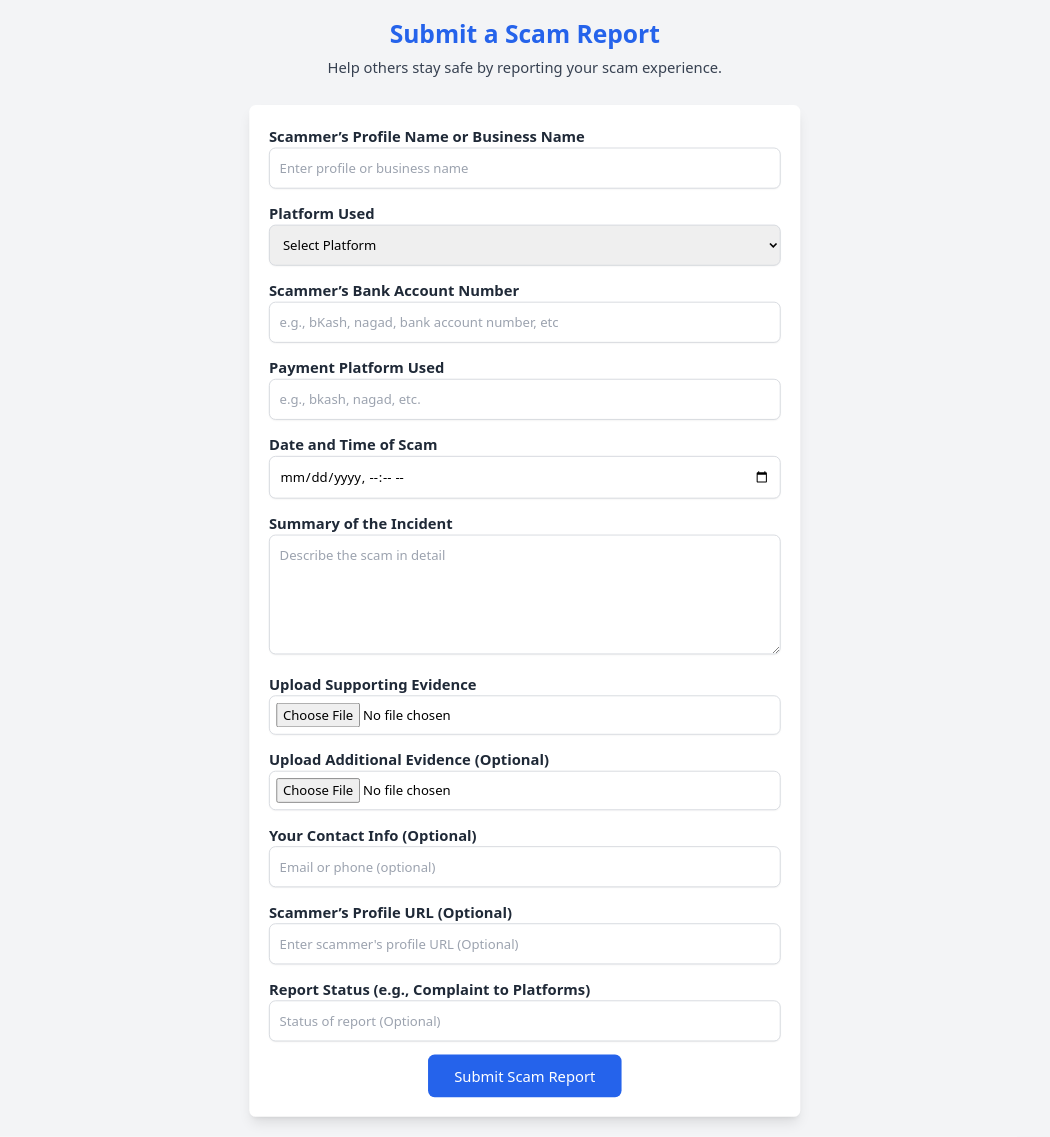
Repository: dev-athar/protarok
Page: /submit-scam
The author's editor kept a copy of each file at every save. The page is drawn from the files as they stood at one save, then again after the next save.
The browser window is 1280 px wide. The pictures show the whole page, at 82% of full size.
The project was rebuilt for these pictures with package versions that can differ from the ones it lists, and the page was loaded fresh each time. Also part of the build but not shown: vite.config.ts, src/pages/HomePage.tsx, src/pages/SearchResultsPage.tsx.

Above is the page before, as saved 2024-12-29 15:17:31.

After the next save:
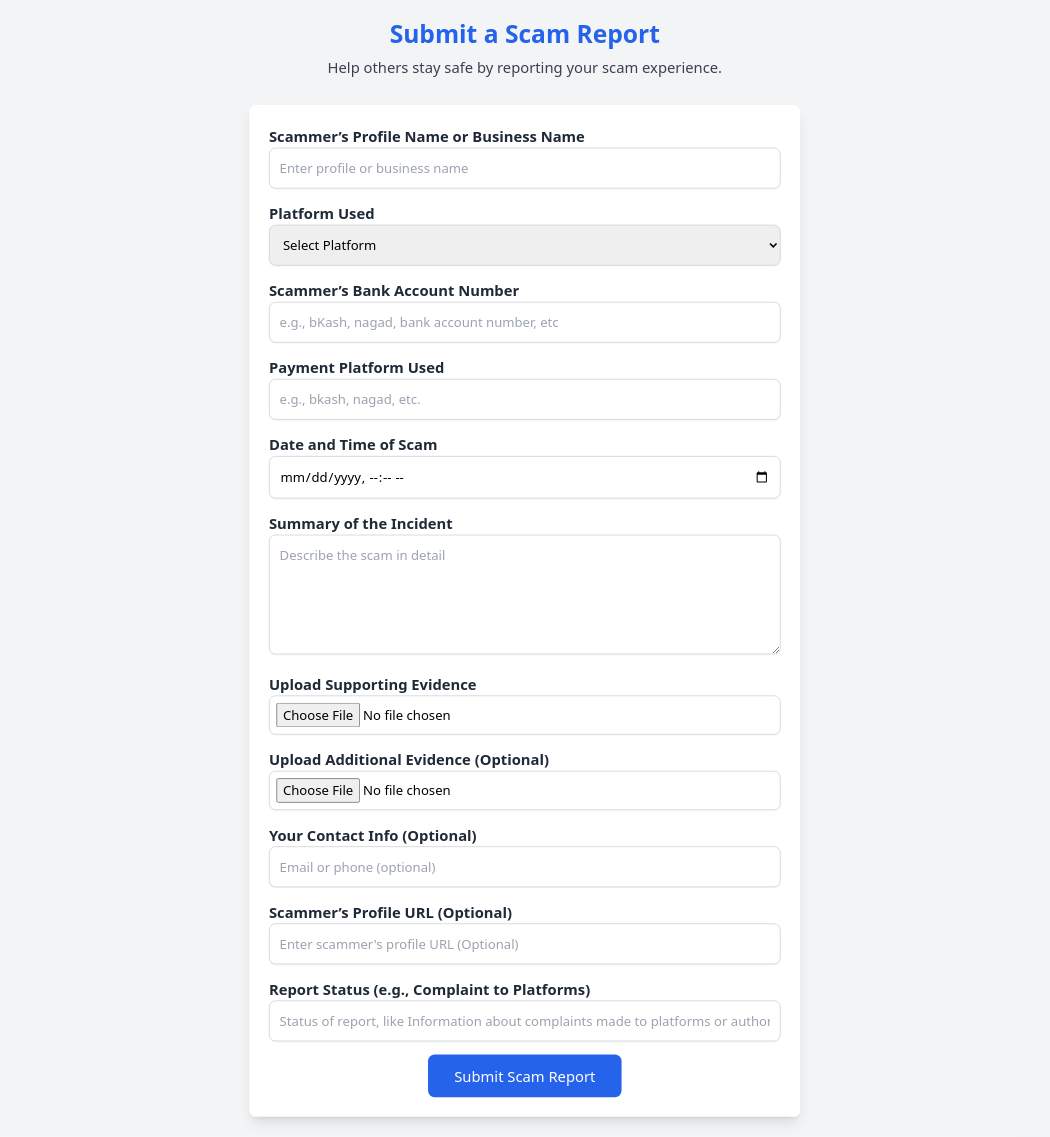
Saved 26 s later.
--- a/src/pages/SubmitScamPage.tsx
+++ b/src/pages/SubmitScamPage.tsx
@@ -286,7 +286,7 @@ const SubmitScamPage = () => {
               value={formData.reportStatus}
               onChange={handleChange}
               className="w-full p-3 border border-gray-300 rounded-lg shadow-sm focus:outline-none focus:ring-2 focus:ring-blue-500"
-              placeholder="Status of report (Optional)"
+              placeholder="Status of report, like Information about complaints made to platforms or authorities (Optional)"
             />
           </div>
 
